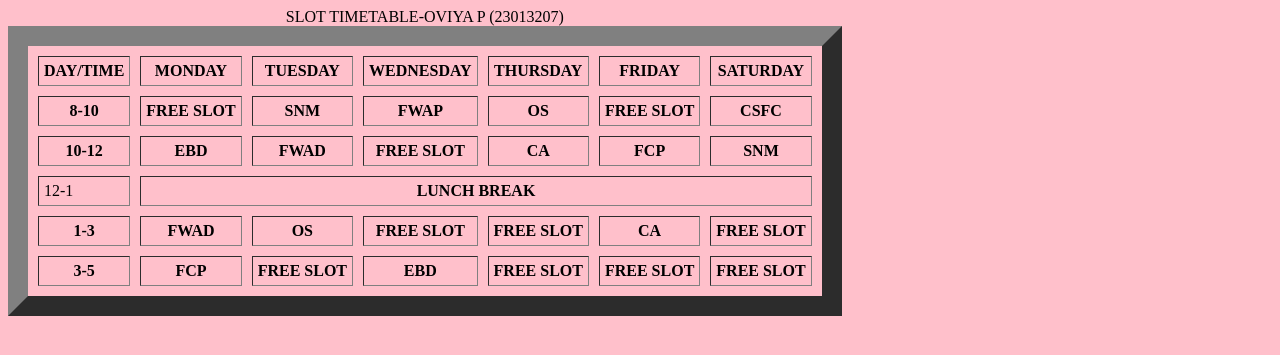
Repository: Oviya24032K6/slot
Page: oviya/static/time.html
These files come from the project's save history. The page is drawn as it stood at one moment and after the next save; the edit follows.
The browser window is 1280 px wide. The pictures show the whole page.

Above is the page before, as saved 2024-03-13 15:15:17.

### oviya/static/time.html
<html>
    <head>
        <title>SLOT TIMETABLE-OVIYA P (23013207)</title>
    </head>
    <body bgcolor="pink" align="center" >
    <table align="left" border="20" cellspacing="10" cellpadding="5">
    <caption>SLOT TIMETABLE-OVIYA P (23013207)</caption>
        <tr>
            <th>DAY/TIME</th>
            <th>MONDAY</th>
            <th>TUESDAY</th>
            <th>WEDNESDAY</th>
            <th>THURSDAY</th>
            <th>FRIDAY</th>
            <th>SATURDAY</th>
        </tr>
        <tr>
            <th>8-10</th>
            <th>FREE SLOT</th>
            <th>SNM</th>
            <th>FWAP</th>
            <th>OS</th>
            <th>FREE SLOT</th>
            <th>CSFC</th>
        </tr>
        <tr>
            <th>10-12</th>
            <th>EBD</th>
            <th>FWAD</th>
            <th>FREE SLOT</th>
            <th>CA</th>
            <th>FCP</th>
            <th>SNM</th>
        </tr>
        <tr>
            <td>12-1</td>
            <th colspan="6">LUNCH BREAK</th>
        </tr>
        <tr>
            <th>1-3</th>
            <th>FWAD</th>
            <th>OS</th>
            <th>FREE SLOT</th>
            <th>FREE SLOT</th>
            <th>CA</th>
            <th>FREE SLOT</th>
        </tr>
        <tr>
            <th>3-5</th>
            <th>FCP</th>
            <th>FREE SLOT</th>
            <th>EBD</th>
            <th>FREE SLOT</th>
            <th>FREE SLOT</th>
            <th>FREE SLOT</th>
        </tr>
</html>
</html>

After the next save:
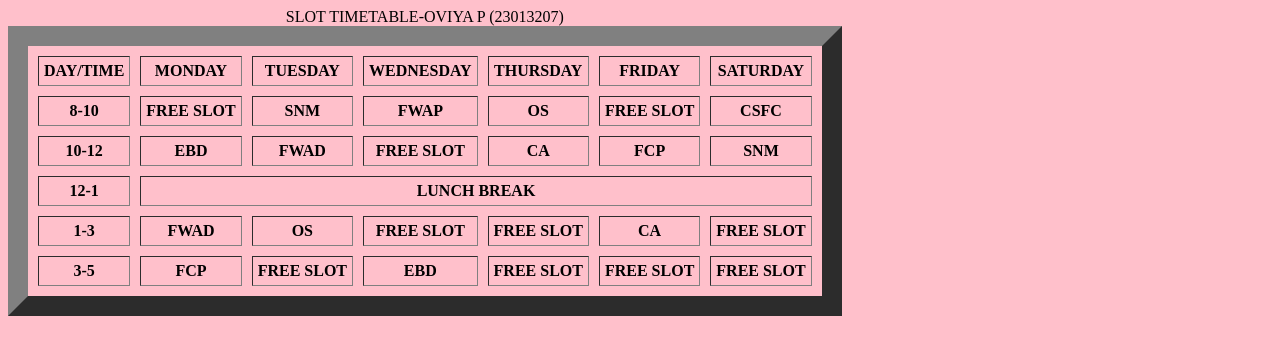
Saved 19 s later.
--- a/oviya/static/time.html
+++ b/oviya/static/time.html
@@ -33,7 +33,7 @@
             <th>SNM</th>
         </tr>
         <tr>
-            <td>12-1</td>
+            <th>12-1</th>
             <th colspan="6">LUNCH BREAK</th>
         </tr>
         <tr>
